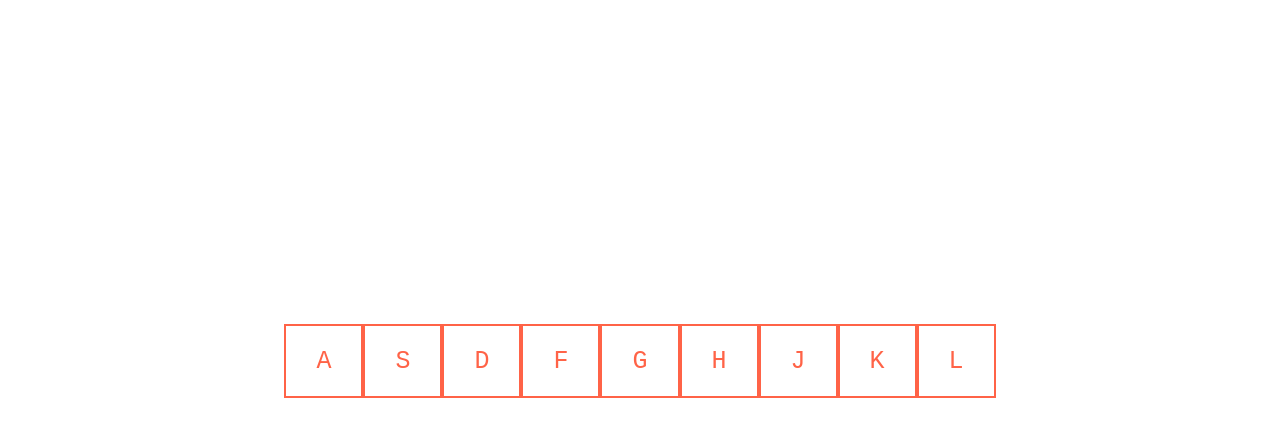
Repository: ritikalohia/Javascript_miniProjects
Page: Project_1/index.html
An editor plug-in stored every save of this project. The page is shown before and after the next save, followed by the edit.
The browser window is 1280 px wide. The pictures show the whole page.

Above is the page before, as saved 2021-06-03 20:17:54.

### Project_1/index.html
<!DOCTYPE html>
<html lang="en">
<head>
    <meta charset="UTF-8">
    <meta http-equiv="X-UA-Compatible" content="IE=edge">
    <meta name="viewport" content="width=device-width, initial-scale=1.0">
    <title>Document</title>
    <style>
        body{
            margin: 0;
            display: flex;
            align-items: center;
            justify-content: center;
        }
        .keys{
            display: flex;
            top: 45%;
            position: absolute;
        }
        .sound{
            display: none;
        }

        .key{
            border: 2px solid tomato;
            background: none;
            color: tomato;
            padding: 20px 30px;
            font-size: 25px;
            text-transform: uppercase;
            cursor: pointer;
        }

    </style>
</head>
<body>

    <div class="keys">
        <div data-key="65" class="key">
            <kbd>A</kbd>
            <span class="sound">clap</span>
        </div>
        <div data-key="83" class="key">
            <kbd>S</kbd>
            <span class="sound">hihat</span>
        </div>
        <div data-key="68" class="key">
            <kbd>D</kbd>
            <span class="sound">kick</span>
        </div>
        <div data-key="70" class="key">
            <kbd>F</kbd>
            <span class="sound">openhat</span>
        </div>
        <div data-key="71" class="key">
            <kbd>G</kbd>
            <span class="sound">boom</span>
        </div>
        <div data-key="72" class="key">
            <kbd>H</kbd>
            <span class="sound">ride</span>
        </div>
        <div data-key="74" class="key">
            <kbd>J</kbd>
            <span class="sound">snare</span>
        </div>
        <div data-key="75" class="key">
            <kbd>K</kbd>
            <span class="sound">tom</span>
        </div>
        <div data-key="76" class="key">
            <kbd>L</kbd>
            <span class="sound">tink</span>
        </div>
    </div>

    <audio data-key="65" src="sounds/clap.wav"></audio>
    <audio data-key="83" src="sounds/hihat.wav"></audio>
    <audio data-key="68" src="sounds/kick.wav"></audio>
    <audio data-key="70" src="sounds/openhat.wav"></audio>
    <audio data-key="71" src="sounds/boom.wav"></audio>
    <audio data-key="72" src="sounds/ride.wav"></audio>
    <audio data-key="74" src="sounds/snare.wav"></audio>
    <audio data-key="75" src="sounds/tom.wav"></audio>
    <audio data-key="76" src="sounds/tink.wav"></audio>

    <script>
        window.addEventListener('keydown', function(e){
            console.log(e);
        });
    </script>
</body>
</html>

After the next save:
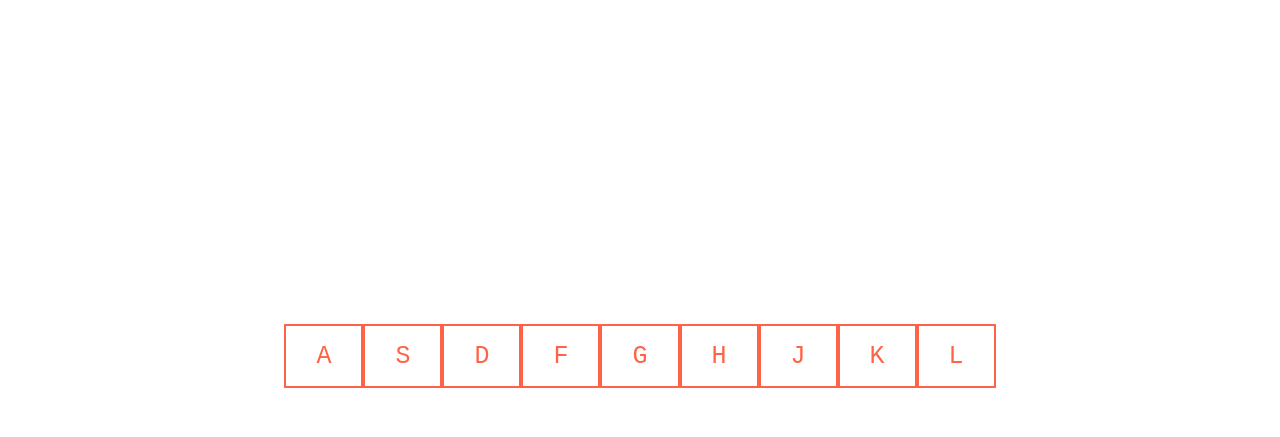
Saved 5 s later.
--- a/Project_1/index.html
+++ b/Project_1/index.html
@@ -25,7 +25,7 @@
             border: 2px solid tomato;
             background: none;
             color: tomato;
-            padding: 20px 30px;
+            padding: 15px 30px;
             font-size: 25px;
             text-transform: uppercase;
             cursor: pointer;
